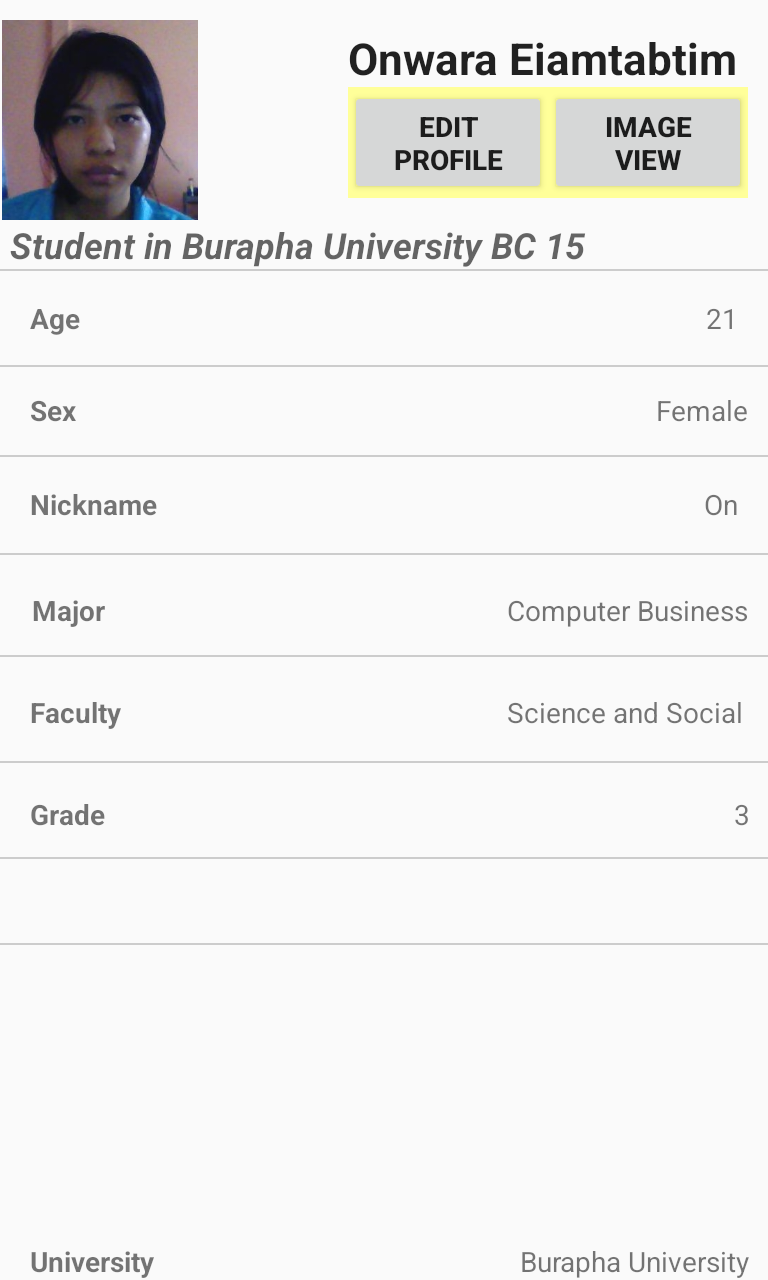
Repository: Android55410599/PROFILE
Layout: Resume_55410559/res/layout/activity_main.xml
The author's editor kept a copy of each file at every save. The layout is drawn from the files as they stood at one save, then again after the next save.
It is drawn on a 768 x 1280 px phone screen (xhdpi) without system bars, with theme AppTheme; the app's code is not run.

Above is the layout before, as saved 2014-09-03 13:22:43.

### Resume_55410559/res/layout/activity_main.xml
<RelativeLayout xmlns:android="http://schemas.android.com/apk/res/android"
    xmlns:tools="http://schemas.android.com/tools"
    android:layout_width="match_parent"
    android:layout_height="match_parent"
    tools:context="com.example.resume_55410599.MainActivity" >

    <LinearLayout
        android:id="@+id/linearLayout1"
        android:layout_width="100dp"
        android:layout_height="100dp"
        android:layout_marginTop="10dp" >

        <ImageView
            android:id="@+id/imageView1"
            android:layout_width="wrap_content"
            android:layout_height="wrap_content"
            android:src="@drawable/enn" />
    </LinearLayout>

    <TextView
        android:id="@+id/textView1"
        android:layout_width="wrap_content"
        android:layout_height="wrap_content"
        android:layout_alignLeft="@+id/linearLayout3"
        android:layout_alignParentTop="true"
        android:layout_marginTop="14dp"
        android:text="Onwara Eiamtabtim"
        android:textAppearance="?android:attr/textAppearanceLarge"
        android:textStyle="bold" />

    <LinearLayout
        android:id="@+id/linearLayout3"
        android:layout_width="wrap_content"
        android:layout_height="wrap_content"
        android:layout_alignParentRight="true"
        android:layout_below="@id/textView1"
        android:layout_marginRight="10dp"
        android:background="#FFFF99" >

        <Button
            android:id="@+id/btn1"
            android:layout_width="100dp"
            android:layout_height="wrap_content"
            android:text="Edit Profile"
            android:textStyle="bold" />

        <Button
            android:id="@+id/btnimg"
            android:layout_width="100dp"
            android:layout_height="wrap_content"
            android:text="Image View"
            android:textStyle="bold" />

    </LinearLayout>

    <LinearLayout
        android:id="@+id/linearLayout2"
        android:layout_width="match_parent"
        android:layout_height="wrap_content"
        android:layout_alignParentLeft="true"
        android:layout_below="@+id/linearLayout1" >

        <TextView
            android:id="@+id/textView2"
            android:layout_width="wrap_content"
            android:layout_height="wrap_content"
            android:layout_marginLeft="5dp"
            android:text="Student in Burapha University BC 15"
            android:textAppearance="?android:attr/textAppearanceMedium"
            android:textStyle="bold|italic" />

    </LinearLayout>

    <TextView
        android:id="@+id/textView3"
        android:layout_width="wrap_content"
        android:layout_height="wrap_content"
        android:layout_alignParentLeft="true"
        android:layout_below="@+id/view1"
        android:layout_marginLeft="15dp"
        android:layout_marginTop="14dp"
        android:text="Age"
        android:textStyle="bold" />

    <TextView
        android:id="@+id/textView4"
        android:layout_width="wrap_content"
        android:layout_height="wrap_content"
        android:layout_alignBaseline="@+id/textView3"
        android:layout_alignBottom="@+id/textView3"
        android:layout_alignRight="@+id/textView1"
        android:text="21" />

    <View
        android:id="@+id/View05"
        android:layout_width="wrap_content"
        android:layout_height="1dp"
        android:layout_alignParentLeft="true"
        android:layout_below="@+id/View04"
        android:layout_marginTop="42dp"
        android:background="#cccccc" />

    <View
        android:id="@+id/view3"
        android:layout_width="wrap_content"
        android:layout_height="1dp"
        android:layout_alignParentLeft="true"
        android:layout_below="@+id/view2"
        android:layout_marginTop="44dp"
        android:background="#cccccc" />

    <View
        android:id="@+id/View02"
        android:layout_width="wrap_content"
        android:layout_height="1dp"
        android:layout_alignParentLeft="true"
        android:layout_below="@+id/textView7"
        android:layout_marginTop="50dp"
        android:background="#cccccc" />

    <View
        android:id="@+id/View03"
        android:layout_width="wrap_content"
        android:layout_height="1dp"
        android:layout_alignParentLeft="true"
        android:layout_below="@+id/View02"
        android:layout_marginTop="52dp"
        android:background="#cccccc" />

    <View
        android:id="@+id/View04"
        android:layout_width="wrap_content"
        android:layout_height="1dp"
        android:layout_alignParentLeft="true"
        android:layout_below="@+id/View03"
        android:layout_marginTop="47dp"
        android:background="#cccccc" />

    <View
        android:id="@+id/view1"
        android:layout_width="wrap_content"
        android:layout_height="1dp"
        android:layout_alignParentLeft="true"
        android:layout_below="@+id/linearLayout2"
        android:background="#cccccc" />

    <View
        android:id="@+id/view2"
        android:layout_width="wrap_content"
        android:layout_height="1dp"
        android:layout_alignParentLeft="true"
        android:layout_below="@+id/textView3"
        android:layout_marginTop="14dp"
        android:background="#cccccc" />

    <TextView
        android:id="@+id/textView6"
        android:layout_width="wrap_content"
        android:layout_height="wrap_content"
        android:layout_alignBottom="@+id/view3"
        android:layout_alignRight="@+id/linearLayout3"
        android:layout_marginBottom="14dp"
        android:text="Female" />

    <TextView
        android:id="@+id/textView5"
        android:layout_width="wrap_content"
        android:layout_height="wrap_content"
        android:layout_alignBaseline="@+id/textView6"
        android:layout_alignBottom="@+id/textView6"
        android:layout_alignLeft="@+id/textView3"
        android:text="Sex"
        android:textStyle="bold" />

    <View
        android:id="@+id/View01"
        android:layout_width="wrap_content"
        android:layout_height="1dp"
        android:layout_alignParentLeft="true"
        android:layout_below="@+id/view3"
        android:layout_marginTop="48dp"
        android:background="#cccccc" />

    <TextView
        android:id="@+id/textView7"
        android:layout_width="wrap_content"
        android:layout_height="wrap_content"
        android:layout_alignBottom="@+id/View01"
        android:layout_alignLeft="@+id/textView5"
        android:layout_marginBottom="16dp"
        android:text="Nickname"
        android:textStyle="bold" />

    <TextView
        android:id="@+id/textView8"
        android:layout_width="wrap_content"
        android:layout_height="wrap_content"
        android:layout_alignBaseline="@+id/textView7"
        android:layout_alignBottom="@+id/textView7"
        android:layout_alignRight="@+id/textView4"
        android:text="On" />

    <TextView
        android:id="@+id/textView10"
        android:layout_width="wrap_content"
        android:layout_height="wrap_content"
        android:layout_alignBottom="@+id/View02"
        android:layout_alignRight="@+id/textView6"
        android:layout_marginBottom="14dp"
        android:text="Computer Business" />

    <TextView
        android:id="@+id/textView9"
        android:layout_width="wrap_content"
        android:layout_height="wrap_content"
        android:layout_alignBaseline="@+id/textView10"
        android:layout_alignBottom="@+id/textView10"
        android:layout_alignRight="@+id/textView13"
        android:text="Major"
        android:textStyle="bold" />

    <TextView
        android:id="@+id/textView12"
        android:layout_width="wrap_content"
        android:layout_height="wrap_content"
        android:layout_alignBottom="@+id/View03"
        android:layout_alignLeft="@+id/textView10"
        android:layout_marginBottom="16dp"
        android:text="Science and Social " />

    <TextView
        android:id="@+id/textView11"
        android:layout_width="wrap_content"
        android:layout_height="wrap_content"
        android:layout_alignBaseline="@+id/textView12"
        android:layout_alignBottom="@+id/textView12"
        android:layout_alignLeft="@+id/textView7"
        android:text="Faculty"
        android:textStyle="bold" />

    <TextView
        android:id="@+id/textView14"
        android:layout_width="wrap_content"
        android:layout_height="wrap_content"
        android:layout_alignRight="@+id/textView16"
        android:layout_below="@+id/View03"
        android:layout_marginTop="16dp"
        android:text="3" />

    <TextView
        android:id="@+id/textView13"
        android:layout_width="wrap_content"
        android:layout_height="wrap_content"
        android:layout_alignBaseline="@+id/textView14"
        android:layout_alignBottom="@+id/textView14"
        android:layout_alignLeft="@+id/textView11"
        android:text="Grade"
        android:textStyle="bold" />

    <TextView
        android:id="@+id/textView15"
        android:layout_width="wrap_content"
        android:layout_height="wrap_content"
        android:layout_alignLeft="@+id/textView13"
        android:layout_alignParentBottom="true"
        android:text="University"
        android:textStyle="bold" />

    <TextView
        android:id="@+id/textView16"
        android:layout_width="wrap_content"
        android:layout_height="wrap_content"
        android:layout_alignParentBottom="true"
        android:layout_alignRight="@+id/textView12"
        android:text="Burapha University" />

</RelativeLayout>

Loaded but not shown: Resume_55410559/res/values/styles.xml (common file); Resume_55410559/res/values-v11/styles.xml (common file); Resume_55410559/res/values-v14/styles.xml (common file)

After the next save:
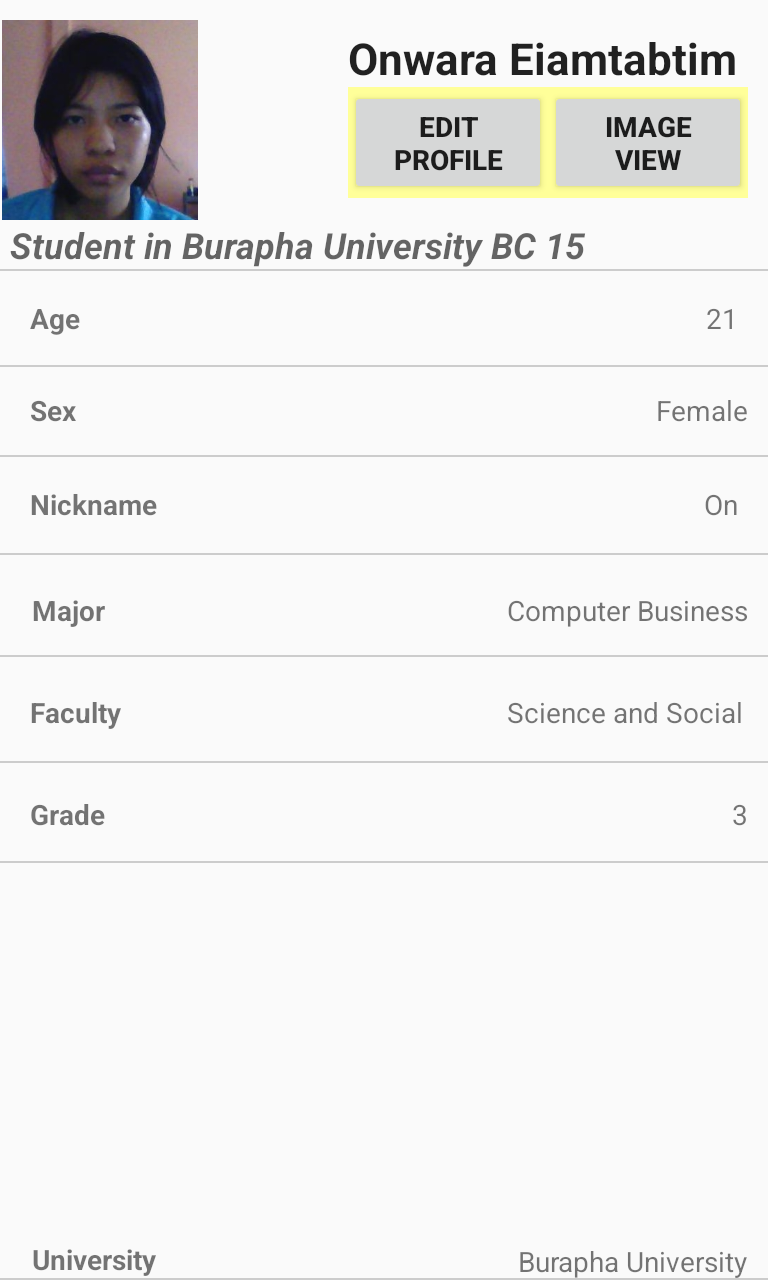
Saved 3 min 36 s later.
--- a/Resume_55410559/res/layout/activity_main.xml
+++ b/Resume_55410559/res/layout/activity_main.xml
@@ -92,15 +92,6 @@
         android:text="21" />
 
     <View
-        android:id="@+id/View05"
-        android:layout_width="wrap_content"
-        android:layout_height="1dp"
-        android:layout_alignParentLeft="true"
-        android:layout_below="@+id/View04"
-        android:layout_marginTop="42dp"
-        android:background="#cccccc" />
-
-    <View
         android:id="@+id/view3"
         android:layout_width="wrap_content"
         android:layout_height="1dp"
@@ -125,15 +116,6 @@
         android:layout_alignParentLeft="true"
         android:layout_below="@+id/View02"
         android:layout_marginTop="52dp"
-        android:background="#cccccc" />
-
-    <View
-        android:id="@+id/View04"
-        android:layout_width="wrap_content"
-        android:layout_height="1dp"
-        android:layout_alignParentLeft="true"
-        android:layout_below="@+id/View03"
-        android:layout_marginTop="47dp"
         android:background="#cccccc" />
 
     <View
@@ -258,20 +240,37 @@
         android:textStyle="bold" />
 
     <TextView
+        android:id="@+id/textView16"
+        android:layout_width="wrap_content"
+        android:layout_height="wrap_content"
+        android:layout_alignBottom="@+id/View05"
+        android:layout_alignRight="@+id/textView10"
+        android:text="Burapha University" />
+
+    <View
+        android:id="@+id/View05"
+        android:layout_width="wrap_content"
+        android:layout_height="1dp"
+        android:layout_alignParentBottom="true"
+        android:layout_alignParentLeft="true"
+        android:background="#cccccc" />
+
+    <TextView
         android:id="@+id/textView15"
         android:layout_width="wrap_content"
         android:layout_height="wrap_content"
-        android:layout_alignLeft="@+id/textView13"
-        android:layout_alignParentBottom="true"
+        android:layout_above="@+id/View05"
+        android:layout_alignLeft="@+id/textView9"
         android:text="University"
         android:textStyle="bold" />
 
-    <TextView
-        android:id="@+id/textView16"
-        android:layout_width="wrap_content"
-        android:layout_height="wrap_content"
-        android:layout_alignParentBottom="true"
-        android:layout_alignRight="@+id/textView12"
-        android:text="Burapha University" />
+    <View
+        android:id="@+id/View04"
+        android:layout_width="wrap_content"
+        android:layout_height="1dp"
+        android:layout_alignParentLeft="true"
+        android:layout_below="@+id/textView14"
+        android:layout_marginTop="14dp"
+        android:background="#cccccc" />
 
 </RelativeLayout>
